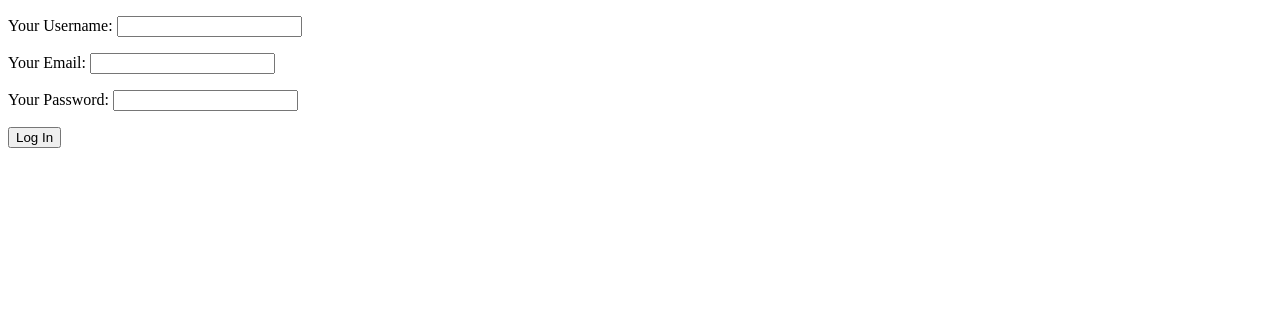
Repository: NicholasTsang/Mulesoft-playing-around
Page: workspace/database/src/main/html-app/Features/DataEntry.html
An editor plug-in stored every save of this project. The page is shown before and after the next save, followed by the edit.
The browser window is 1280 px wide. The pictures show the whole page.

Above is the page before, as saved 2018-03-06 10:37:02.

After the next save:
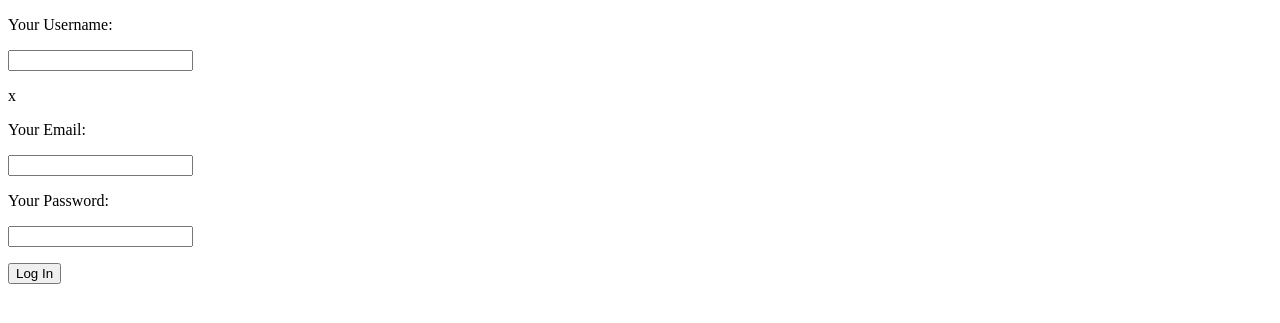
Saved 3 min 28 s later.
--- a/workspace/database/src/main/html-app/Features/DataEntry.html
+++ b/workspace/database/src/main/html-app/Features/DataEntry.html
@@ -11,9 +11,12 @@
 
    <form method="post" action="">
 
-     <p><label for="username">Your Username:</label> <input type="text" id="username" name="username" /></p>
-     <p><label for="username">Your Email:</label> <input type="text" id="email" name="email" /></p>
-     <p><label for="password">Your Password:</label> <input type="password" id="password" name="password" /></p>
+     <p><label for="username">Your Username:</label> <div>
+     <input type="text" id="username" name="username" /> </div></p> x
+     <p><label for="username">Your Email:</label>
+     <div> <input type="text" id="email" name="email" /> </div> </p>
+     <p><label for="password">Your Password:</label>
+     <div> <input type="password" id="password" name="password" /> </div> </p>
      <p><input type="submit" name="login" value="Log In" /></p>
 
    </form>
